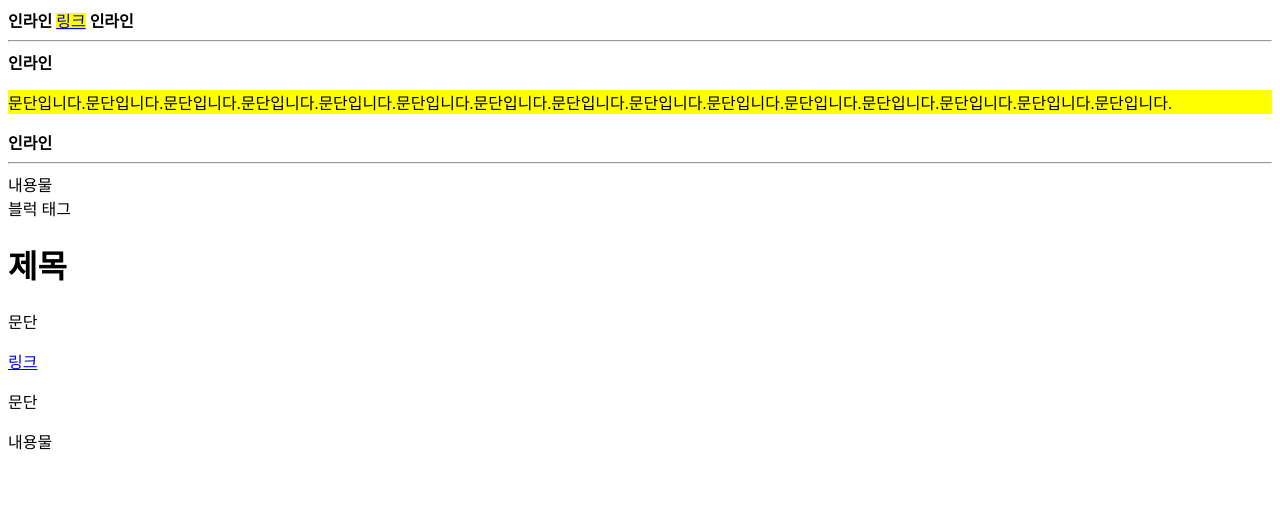
Repository: ssj5037/Class-Study
Page: [5] HTML, CSS, JavaScript/ClientTest/WebContent/Ex12_tag.html
The author's editor kept a copy of each file at every save. The page is drawn from the files as they stood at one save, then again after the next save.
The browser window is 1280 px wide. The pictures show the whole page.

Above is the page before, as saved 2020-06-19 03:25:22.

After the next save:
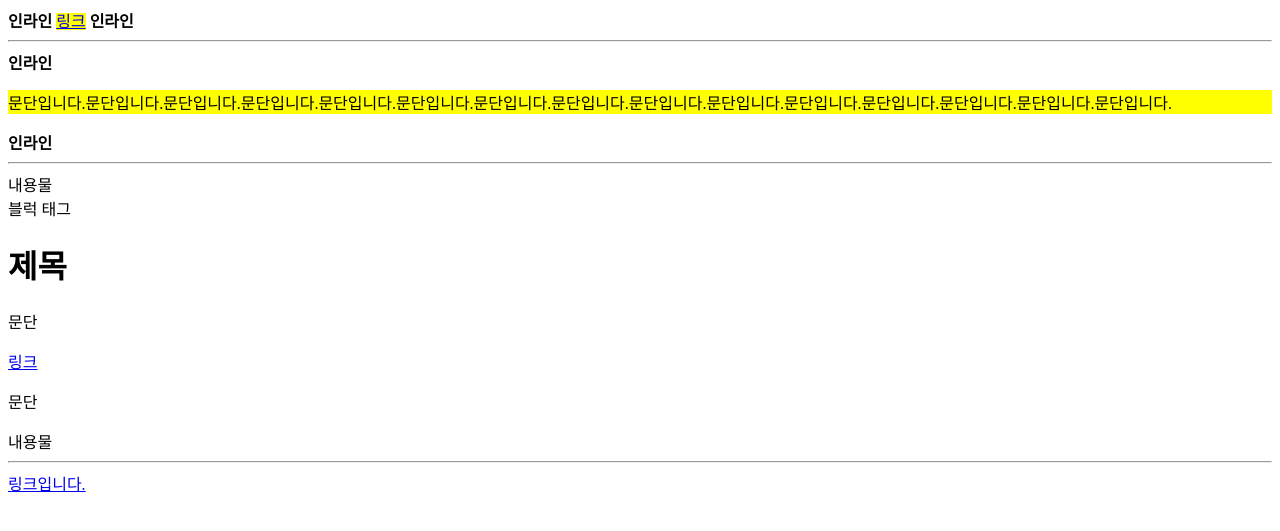
Saved 85 s later.
--- a/[5] HTML, CSS, JavaScript/ClientTest/WebContent/Ex12_tag.html
+++ b/[5] HTML, CSS, JavaScript/ClientTest/WebContent/Ex12_tag.html
@@ -31,6 +31,8 @@
 		태그 중첩 규칙
 		1. 블럭 태그는 자식으로 또 다른 블럭 태그를 가질 수 있다.
 		2. 블럭 태그는 자식으로 또 다른 인라인 태그를 가질 수 있다.
+		3. 인라인 태그는 자식으로 또 다른 인라인 태그를 가질 수 있다.
+		3. 인라인 태그는 자식으로 또 다른 블럭 태그를 가질 수 없다.(***)
 
 	-->
 
@@ -56,5 +58,10 @@
 	</div>
 	내용물
 
+	<hr>
+
+	<a href="#">링크입니다.</a>
+
+
 </body>
 </html>
